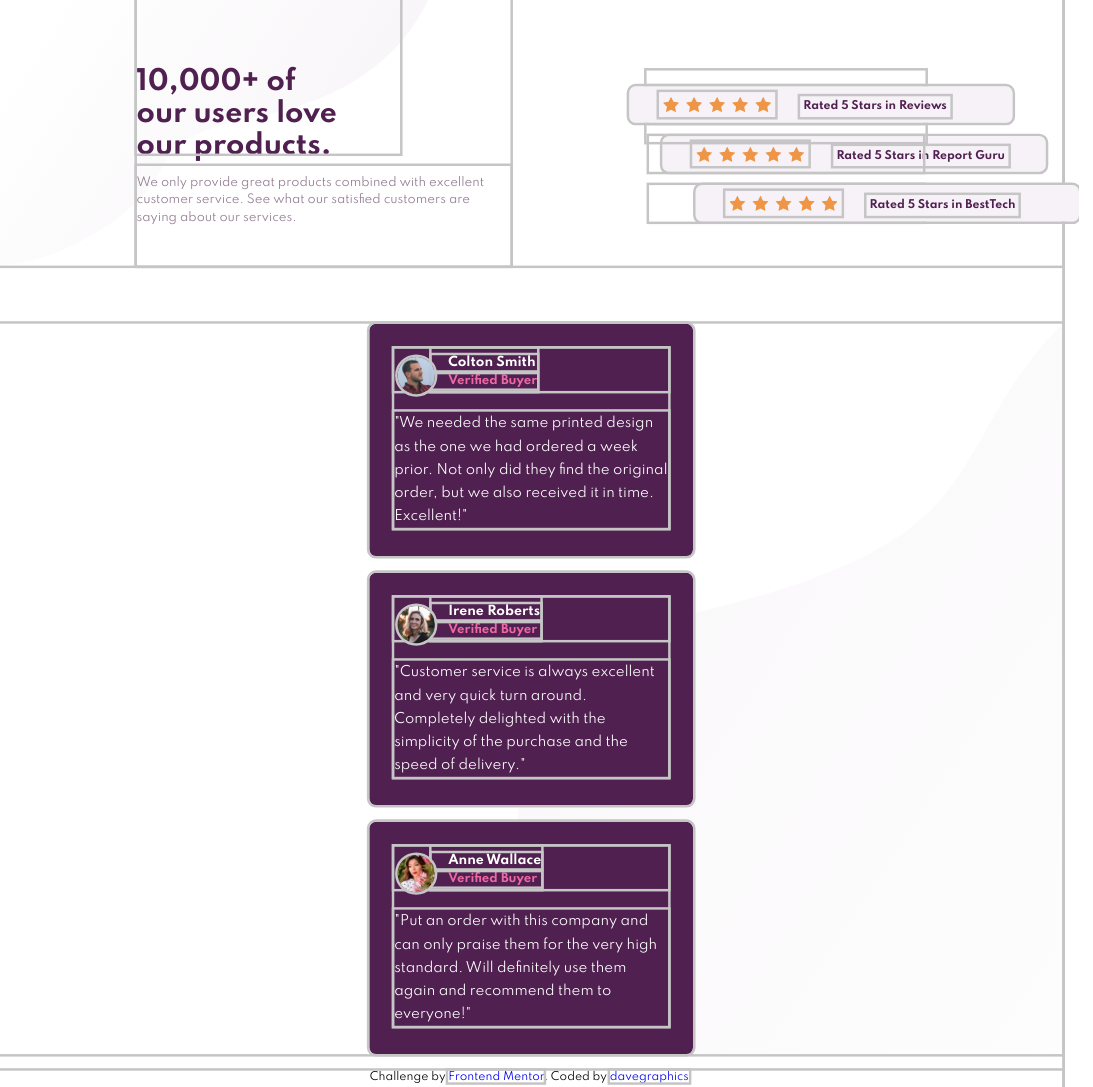
Repository: DejV44/social-proof-section-master
Page: index.html
An editor plug-in stored every save of this project. The page is shown before and after the next save, followed by the edit.
The browser window is 1280 px wide. The page is 1300 px wide, then 1317 px, then 1300 px, so the pictures cover 1317 px, including what lies to the right of the window. The pictures show the whole page, at 83% of full size.
The style sheet was rebuilt from its Sass, Less or Tailwind sources for each picture, by a compiler version that may differ from the author's.

Above is the page before, as saved 2021-06-24 19:32:35.

After the next save:
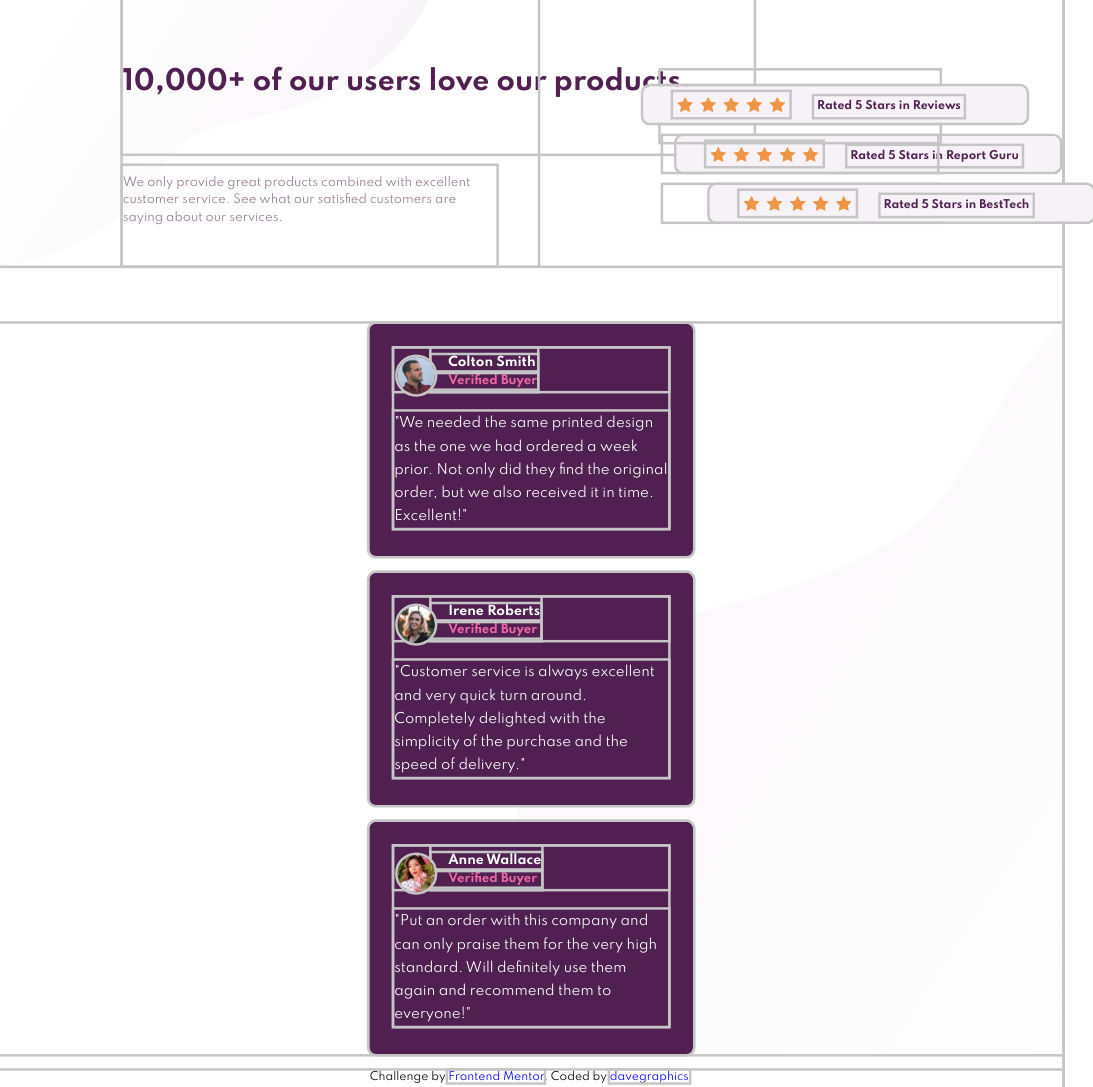
Saved 11 s later.
--- a/css/main.scss
+++ b/css/main.scss
@@ -197,7 +197,7 @@
             .title {
                 margin: 0 auto 0 0;
                 padding-left: 0;
-
+                width: max-content;
             }
 
             p {

After the save that followed:
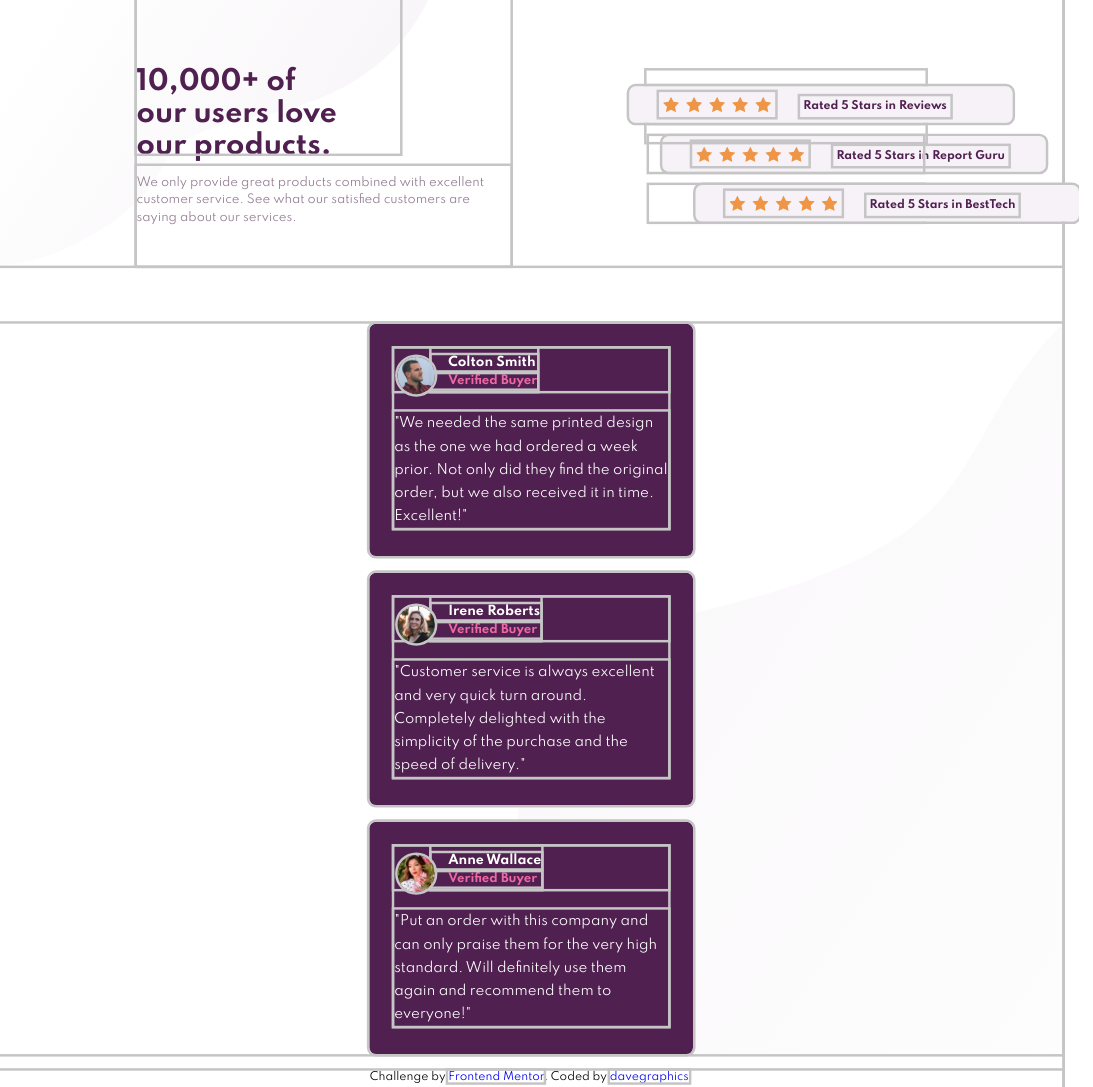
Saved 10 s later.
--- a/css/main.scss
+++ b/css/main.scss
@@ -197,7 +197,7 @@
             .title {
                 margin: 0 auto 0 0;
                 padding-left: 0;
-                width: max-content;
+
             }
 
             p {
